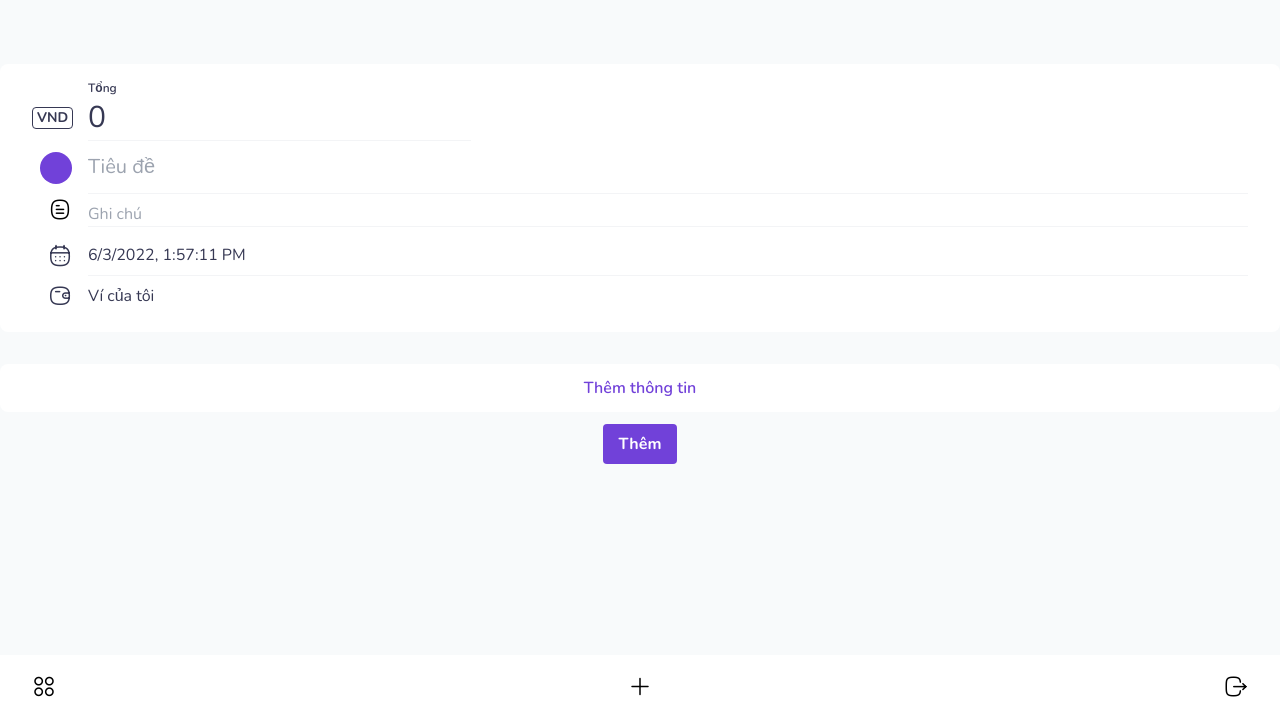
Repository: diinn/money-task
Page: /new-transaction
These files come from the project's save history. The page is drawn as it stood at one moment and after the next save; the edit follows.
The browser window is 1280 px wide. The pictures show the whole page.
The project was rebuilt for these pictures with package versions that can differ from the ones it lists, and the page was loaded fresh each time.

Above is the page before, as saved 2022-06-03 14:11:42.

### public/index.html
<!DOCTYPE html>
<html lang="">
  <head>
    <meta charset="utf-8" />
    <meta http-equiv="X-UA-Compatible" content="IE=edge" />
    <meta
      name="viewport"
      content="width=device-width,initial-scale=1.0,viewport-fit=cover"
    />
    <link rel="icon" href="<%= BASE_URL %>favicon.ico" />
    <title>Money Task</title>

    <link rel="preconnect" href="https://fonts.googleapis.com" />
    <link rel="preconnect" href="https://fonts.gstatic.com" crossorigin />
    <link
      href="https://fonts.googleapis.com/css2?family=Nunito:ital,wght@0,200;0,300;0,400;0,500;0,600;0,700;0,800;0,900;1,200;1,300;1,400;1,500;1,600;1,700;1,800;1,900&display=swap"
      rel="stylesheet"
    />
  </head>
  <body>
    <noscript>
      <strong
        >We're sorry but <%= htmlWebpackPlugin.options.title %> doesn't work
        properly without JavaScript enabled. Please enable it to
        continue.</strong
      >
    </noscript>
    <div id="app"></div>
    <!-- built files will be auto injected -->
  </body>
</html>

### src/main.js
import { createApp } from "vue";
import App from "./App.vue";
import router from "./router";

import "./assets/styles/tailwind.css";
import "./assets/styles/global.css";

import { registerGlobalComponents } from "@/utils/import";

import { projectAuth } from "@/configs/firebase";

let app;

projectAuth.onAuthStateChanged(() => {
  if (!app) {
    app = createApp(App);

    registerGlobalComponents(app);

    app.use(router);

    app.mount("#app");
  }
});

### src/App.vue
<template>
  <component :is="layout">
    <router-view />
  </component>
</template>

<script>
import { computed } from "vue";

import { PUBLIC_LAYOUT } from "@/constants";
import { useRoute } from "vue-router";
export default {
  setup() {
    const route = useRoute();
    return {
      layout: computed(() => (route.meta.layout || PUBLIC_LAYOUT) + "-layout"),
    };
  },
};
</script>

### src/assets/styles/tailwind.css
@tailwind base;
@tailwind components;
@tailwind utilities;

@layer utilities {
  .p-b-safe-4 {
    padding-bottom: calc(1rem + env(safe-area-inset-bottom));
  }
}

### src/assets/styles/global.css
body {
  @apply bg-dark-light;

  font-size: 16px;
  font-family: "Nunito", sans-serif;
}

@font-face {
  font-family: "t2ico";
  src: url("../fonts/t2ico.eot?84r94p");
  src: url("../fonts/t2ico.eot?84r94p#iefix") format("embedded-opentype"),
    url("../fonts/t2ico.ttf?84r94p") format("truetype"),
    url("../fonts/t2ico.woff?84r94p") format("woff"),
    url("../fonts/t2ico.svg?84r94p#t2ico") format("svg");
  font-weight: normal;
  font-style: normal;
  font-display: block;
}

i {
  /* use !important to prevent issues with browser extensions that change fonts */
  font-family: "t2ico" !important;
  speak: never;
  font-style: normal;
  font-weight: normal;
  font-variant: normal;
  text-transform: none;
  line-height: 1;

  /* Better Font Rendering =========== */
  -webkit-font-smoothing: antialiased;
  -moz-osx-font-smoothing: grayscale;
}

.t2ico-users:before {
  content: "\e915";
  color: inherit;
}
.t2ico-arrow-right:before {
  content: "\e916";
  color: inherit;
}
.t2ico-calendar:before {
  content: "\e917";
  color: inherit;
}
.t2ico-camera:before {
  content: "\e918";
  color: inherit;
}
.t2ico-category:before {
  content: "\e919";
  color: inherit;
}
.t2ico-chart:before {
  content: "\e91a";
  color: inherit;
}
.t2ico-document:before {
  content: "\e91b";
  color: inherit;
}
.t2ico-filter:before {
  content: "\e91c";
  color: inherit;
}
.t2ico-info-square:before {
  content: "\e91d";
  color: inherit;
}
.t2ico-location:before {
  content: "\e91e";
  color: inherit;
}
.t2ico-logout:before {
  content: "\e91f";
  color: inherit;
}
.t2ico-notification:before {
  content: "\e920";
  color: inherit;
}
.t2ico-plus:before {
  content: "\e921";
  color: inherit;
}
.t2ico-presentation:before {
  content: "\e922";
  color: inherit;
}
.t2ico-profile:before {
  content: "\e923";
  color: inherit;
}
.t2ico-setting:before {
  content: "\e924";
  color: inherit;
}
.t2ico-lock:before {
  content: "\e925";
  color: inherit;
}
.t2ico-ticket-star:before {
  content: "\e926";
  color: inherit;
}
.t2ico-trending-down:before {
  content: "\e927";
  color: inherit;
}
.t2ico-trending-up:before {
  content: "\e928";
  color: inherit;
}
.t2ico-wallet:before {
  content: "\e929";
  color: inherit;
}

### src/utils/import.js
import { defineAsyncComponent } from "vue";

export function registerGlobalComponents(app) {
  app.component(
    "auth-layout",
    defineAsyncComponent(() => import("@/layouts/auth"))
  );

  app.component(
    "default-layout",
    defineAsyncComponent(() => import("@/layouts/default"))
  );
}

### src/configs/firebase.js
import firebase from "firebase/compat/app";
import "firebase/compat/auth";
import "firebase/compat/storage";
import "firebase/compat/firestore";

// For Firebase JS SDK v7.20.0 and later, measurementId is optional
const firebaseConfig = {
  apiKey: "AIzaSyCowuZ2FTbw01zriaXvG1eeD9nPDWOIXiI",
  authDomain: "moneytask-935ed.firebaseapp.com",
  projectId: "moneytask-935ed",
  storageBucket: "moneytask-935ed.appspot.com",
  messagingSenderId: "1048123753940",
  appId: "1:1048123753940:web:eddcbf0324c3768a910241",
  measurementId: "G-GKGHS11ZKY",
};

firebase.initializeApp(firebaseConfig);

const projectAuth = firebase.auth();
const projectStorage = firebase.storage();
const projectFirestore = firebase.firestore();

const timeStamp = firebase.firestore.FieldValue.serverTimestamp;

export { projectAuth, projectStorage, projectFirestore, timeStamp };

### src/constants/index.js
export const PUBLIC_LAYOUT = "default";

export const PROFILE_OPTIONS = [
  {
    name: "Tổng chi tiêu",
    icon: "t2ico-wallet",
    route: {
      name: "TotalTransaction",
      params: {},
    },
  },
  {
    name: "Các giao dịch",
    icon: "t2ico-ticket-star",
    route: {
      name: "Transactions",
      params: {},
    },
  },
  {
    name: "Thông tin phiên bản",
    icon: "t2ico-info-square",
    route: {
      name: "Version",
      params: {},
    },
  },
];

export const NAVIGATION_BOTTOM_ITEMS = [
  {
    icon: "t2ico-category",
    text: "Home",
    name: "Home",
  },
  {
    icon: "t2ico-plus",
    text: "NewTransaction",
    name: "NewTransaction",
  },
  {
    icon: "t2ico-logout",
    text: "Logout",
    name: "Logout",
  },
];

### src/views/new-transaction.vue
<template>
  <form @submit.prevent="onSubmit">
    <!-- start: main from -->
    <div class="row mt-8">
      <div class="bg-white rounded-lg py-4">
        <div class="container mx-auto px-8">
          <div class="row">
            <label for="total" class="flex items-end">
              <div class="w-10 text-right leading-10 mr-4 pb-1">
                <span
                  class="inline-block px-1 text-dark border border-dark rounded text-sm font-bold"
                  >VND</span
                >
              </div>
              <div class="flex flex-col border-b border-gray-100 pb-1">
                <span class="font-semibold text-xs text-dark">Tổng</span>
                <input
                  id="total"
                  class="text-3xl text-dark w-full outline-none mt-1"
                  type="number"
                  placeholder="0"
                  v-model="total"
                />
              </div>
            </label>
          </div>
          <div class="row">
            <label for="category" class="flex items-center">
              <div
                class="flex items-center flex-none w-10 text-right leading-10 mr-4"
              >
                <span
                  class="inline-block ml-auto w-8 h-8 rounded-full bg-primary"
                ></span>
              </div>
              <div class="flex-1 border-b border-gray-100 py-3">
                <input
                  id="category"
                  class="text-xl text-dark w-full outline-none"
                  type="text"
                  placeholder="Tiêu đề"
                  v-model="category"
                />
              </div>
            </label>
          </div>
          <div class="row">
            <label for="note" class="flex items-center">
              <div
                class="flex items-center flex-none w-10 text-right leading-10 mr-4"
              >
                <span class="flex-none w-10 mr-4">
                  <i class="t2ico t2ico-document text-2xl"></i>
                </span>
              </div>
              <div class="flex-1 border-b border-gray-100">
                <input
                  id="note"
                  class="text-dark w-full outline-none"
                  type="text"
                  placeholder="Ghi chú"
                  v-model="note"
                />
              </div>
            </label>
          </div>
          <div class="row">
            <label for="time" class="flex items-center">
              <div class="flex-none w-10 mr-4">
                <span class="flex items-center justify-end text-dark">
                  <i class="t2ico t2ico-calendar text-2xl"></i>
                </span>
              </div>
              <div class="flex-1 py-2 border-b border-gray-100">
                <div class="text-dark w-full">
                  {{ new Date().toLocaleString() }}
                </div>
              </div>
            </label>
          </div>
          <div class="row">
            <label for="wallet" class="flex items-center">
              <div class="flex-none w-10 mr-4">
                <span class="flex items-center justify-end text-dark">
                  <i class="t2ico t2ico-wallet text-2xl"></i>
                </span>
              </div>
              <div class="flex-1 py-2">
                <div class="text-dark w-full">Ví của tôi</div>
              </div>
            </label>
          </div>
        </div>
      </div>
    </div>
    <!-- end: main from -->

    <div v-if="!isMoreDetails" class="row mt-8">
      <button
        @click="isMoreDetails = true"
        class="bg-white rounded-lg py-3 w-full text-primary font-semibold"
      >
        Thêm thông tin
      </button>
    </div>

    <!-- start: more details -->
    <template v-if="isMoreDetails">
      <div class="row mt-8">
        <div class="bg-white rounded-lg py-4">
          <div class="container mx-auto px-8">
            <div class="row">
              <label for="location" class="flex items-center">
                <div
                  class="flex items-center flex-none w-10 text-right leading-10 mr-4"
                >
                  <span class="flex-none w-10 mr-4">
                    <i class="t2ico t2ico-location text-2xl"></i>
                  </span>
                </div>
                <div class="flex-1 border-b border-gray-100">
                  <input
                    id="location"
                    class="text-dark w-full outline-none"
                    type="text"
                    placeholder="Tại"
                    v-model="location"
                  />
                </div>
              </label>
            </div>
            <div class="row">
              <label for="withPerson" class="flex items-center">
                <div
                  class="flex items-center flex-none w-10 text-right leading-10 mr-4"
                >
                  <span class="flex-none w-10 mr-4">
                    <i class="t2ico t2ico-users text-2xl"></i>
                  </span>
                </div>
                <div class="flex-1 border-b border-gray-100">
                  <input
                    id="withPerson"
                    class="text-dark w-full outline-none"
                    type="text"
                    placeholder="Với"
                    v-model="withPerson"
                  />
                </div>
              </label>
            </div>
          </div>
        </div>
      </div>

      <!-- start: upload photos -->
      <div class="row mt-8">
        <div class="bg-white rounded-lg py-4">
          <div class="container mx-auto px-8">
            <div class="row">
              <label
                for="file"
                class="flex items-center text-primary font-bold"
              >
                <div class="flex-none w-10 mr-4">
                  <span class="flex items-center justify-end">
                    <i class="t2ico t2ico-camera text-2xl"></i>
                  </span>
                </div>
                <div class="flex-1 py-2">
                  <div class="w-full font-semibold">Thêm ảnh</div>
                  <input
                    id="file"
                    type="file"
                    class="hidden"
                    @change="onChangeFile"
                  />
                </div>
              </label>
            </div>
          </div>
        </div>
        <div class="text-red my-3 pl-2">{{ errorFile }}</div>
      </div>
      <!-- end: upload photos -->
    </template>
    <!-- end: more details -->

    <div class="flex w-full justify-center mt-3">
      <button
        type="submit"
        class="bg-primary text-white font-bold px-4 py-2 rounded"
      >
        Thêm
      </button>
    </div>
  </form>
</template>

<script>
import { ref } from "vue";

import { useUser } from "@/composables/useUser";

import useCollection from "@/composables/useCollection";

import useStorage from "@/composables/useStorage";
export default {
  setup() {
    const isMoreDetails = ref(false);
    const { getUser } = useUser();
    const { error, addRecord } = useCollection("transactions");
    const { url, uploadFile } = useStorage("transactions");

    const total = ref(0);
    const category = ref("");
    const note = ref("");
    const time = ref(new Date());
    const location = ref("");
    const withPerson = ref("");
    const file = ref(null);
    const errorFile = ref(null);

    function onChangeFile(event) {
      const selected = event.target.files[0];

      const typesOfFile = ["image/png", "image/jpg", "image/jpeg"];

      if (selected && typesOfFile.includes(selected.type)) {
        file.value = selected;
      } else {
        file.value = null;
        errorFile.value = "Vui lòng chọn ảnh có định dạng PNG, JPG hoặc JPEG!";
      }
    }

    async function onSubmit() {
      if (file.value) await uploadFile(file.value);

      const { user } = getUser();

      const transaction = {
        total: parseInt(total.value),
        category: category.value,
        note: note.value,
        time: time.value,
        userId: user.value.uid,
        location: location.value,
        withPerson: withPerson.value,
        thumbnail: url.value,
      };

      await addRecord(transaction);

      console.log(error);
      console.log("Created");
    }

    return {
      isMoreDetails,
      total,
      category,
      note,
      time,
      location,
      withPerson,
      errorFile,
      onChangeFile,
      onSubmit,
    };
  },
};
</script>

### src/layouts/default.vue
<template>
  <navigation-header />
  <slot />
  <navigation-bottom v-if="meta.isShowFooter" />
</template>

<script>
import { computed } from "vue";
import { useRoute } from "vue-router";

import NavigationHeader from "@/components/NavigationHeader.vue";
import NavigationBottom from "@/components/NavigationBottom.vue";
export default {
  components: {
    NavigationHeader,
    NavigationBottom,
  },
  setup() {
    const route = useRoute();
    return {
      meta: computed(() => route.meta),
    };
  },
};
</script>

### src/composables/useUser.js
import { ref } from "vue";
import { projectAuth } from "@/configs/firebase";

const user = ref(projectAuth.currentUser);

projectAuth.onAuthStateChanged(function (_user) {
  if (_user) user.value = _user;
});

function getUser() {
  return { user };
}

export function useUser() {
  return { getUser };
}

### src/composables/useCollection.js
import { ref } from "vue";
import { projectFirestore } from "@/configs/firebase";

const useCollection = (name) => {
  const error = ref(null);

  async function addRecord(record) {
    error.value = null;
    try {
      const response = await projectFirestore.collection(name).add(record);
      return response;
    } catch (err) {
      console.log(err);
      error.value = err.message;
    }
  }

  function getRecord() {
    const response = projectFirestore.collection("transactions").get();
    const result = response.docs.map((doc) => {
      return { ...doc.data(), id: doc.id };
    });
    return result;
  }

  return { error, addRecord, getRecord };
};

export default useCollection;

### src/composables/useStorage.js
import { ref } from "vue";
import { projectStorage } from "@/configs/firebase";
import { useUser } from "@/composables/useUser";

const { getUser } = useUser();
const { user } = getUser();

const useStorage = (name) => {
  const error = ref(null);
  const filePath = ref(null);
  const url = ref(null);

  async function uploadFile(file) {
    filePath.value = `${name}/${user.value.uid}/${file.name}`;

    const fileRef = projectStorage.ref(filePath.value);

    try {
      const response = await fileRef.put(file);

      url.value = await response.ref.getDownloadURL();
      return url.value;
    } catch (err) {
      console.log(err);
      error.value = err.message;
    }
  }
  return { error, filePath, url, uploadFile };
};

export default useStorage;

### src/components/NavigationHeader.vue
<template>
  <header id="header" class="pt-8">
    <div class="container mx-auto px-8">
      <div class="flex justify-between items-center">
        <div v-if="user" class="flex items-center">
          <div
            v-if="meta.leading"
            class="w-10 h-10 overflow-hidden rounded-full"
          >
            <img
              class="w-full h-auto object-cover"
              src="https://i.pinimg.com/550x/e0/16/c8/e016c8070505d6f64862fbd27555941d.jpg"
              alt="User's Avatar"
              size="sm"
            />
          </div>
          <h1 class="text-xl font-bold text-dark ml-2">
            {{ meta.text }}
          </h1>
        </div>
        <!-- <div class="flex">
          <ul>
            <button type="submit" class="text-primary font-bold">Thêm</button>
          </ul>
        </div> -->
      </div>
    </div>
  </header>
</template>

<script>
import { computed } from "vue";
import { useRoute } from "vue-router";
import { useUser } from "@/composables/useUser";

export default {
  setup() {
    const route = useRoute();

    const { getUser } = useUser();
    const { user } = getUser();

    return {
      user,
      meta: computed(() => route.meta),
    };
  },
};
</script>

### src/components/NavigationBottom.vue
<template>
  <footer
    id="footer"
    class="fixed w-full bottom-0 left-0 bg-white pt-4 p-b-safe-4"
  >
    <div class="container mx-auto px-8 h-full">
      <ul class="flex justify-between items-center h-full">
        <li v-for="navItem in navItems" :key="navItem.name">
          <router-link :to="{ name: navItem.name, params: {} }">
            <i class="t2ico text-2xl" :class="navItem.icon"></i>
          </router-link>
        </li>
      </ul>
    </div>
  </footer>
</template>

<script>
import { reactive } from "vue";

import { NAVIGATION_BOTTOM_ITEMS } from "@/constants/index";
export default {
  setup() {
    const navItems = reactive(NAVIGATION_BOTTOM_ITEMS);
    return { navItems };
  },
};
</script>

### tailwind.config.js
module.exports = {
  content: [],
  theme: {
    extend: {
      colors: {
        primary: "#7141d9",
        "primary-second": "#a772f2",
        dark: "#363853",
        green: "#67d4ca",
        red: "#f28080",
        "dark-light": "#f8fafb",
      },
    },
  },
  plugins: [],
};

Loaded but not shown: src/router/index.js (110 lines, source omitted)

After the next save:
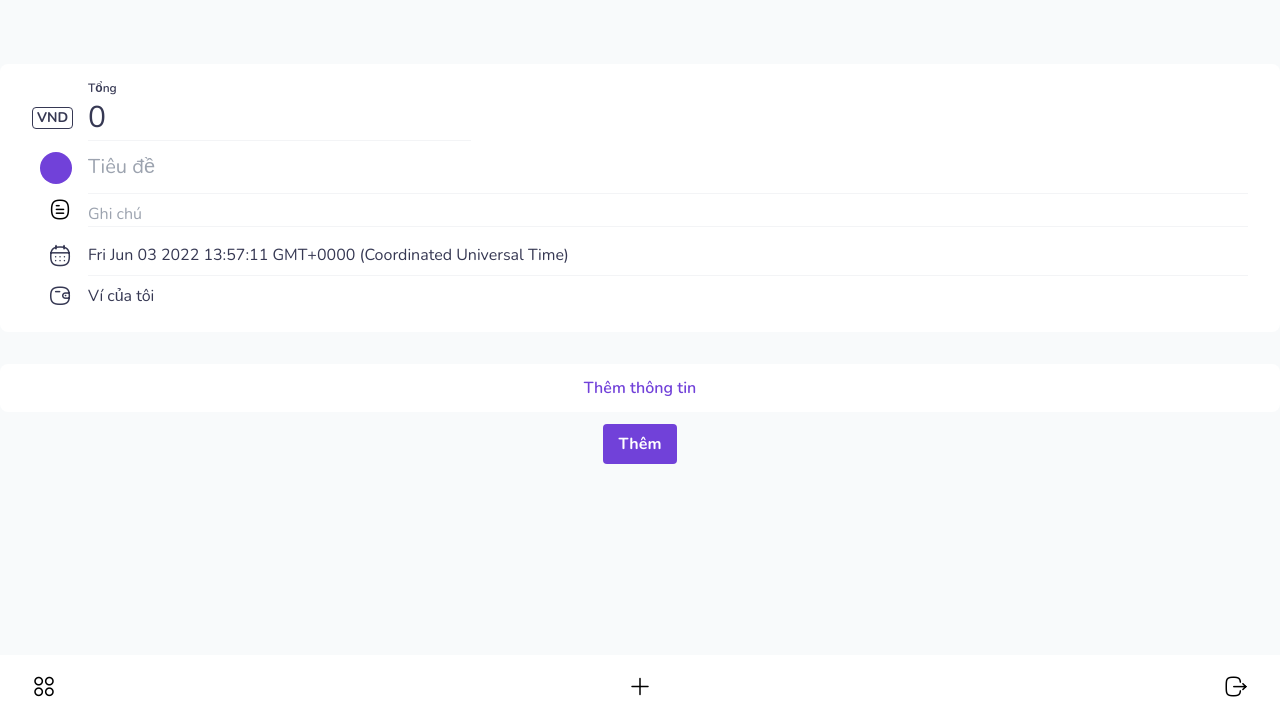
Saved 101 s later.
--- a/src/views/new-transaction.vue
+++ b/src/views/new-transaction.vue
@@ -73,7 +73,7 @@
               </div>
               <div class="flex-1 py-2 border-b border-gray-100">
                 <div class="text-dark w-full">
-                  {{ new Date().toLocaleString() }}
+                  {{ new Date() }}
                 </div>
               </div>
             </label>

After the save that followed:
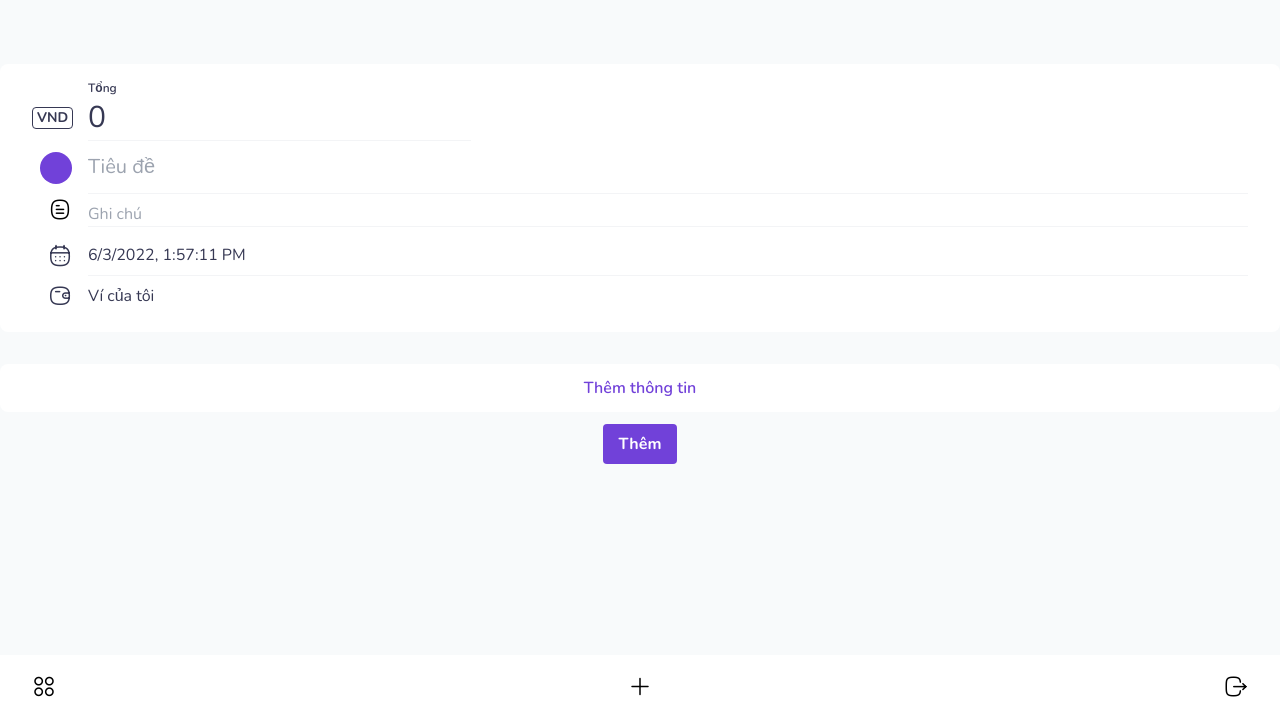
Saved 103 s later.
--- a/src/views/new-transaction.vue
+++ b/src/views/new-transaction.vue
@@ -73,7 +73,7 @@
               </div>
               <div class="flex-1 py-2 border-b border-gray-100">
                 <div class="text-dark w-full">
-                  {{ new Date() }}
+                  {{ new Date().toLocaleString() }}
                 </div>
               </div>
             </label>
